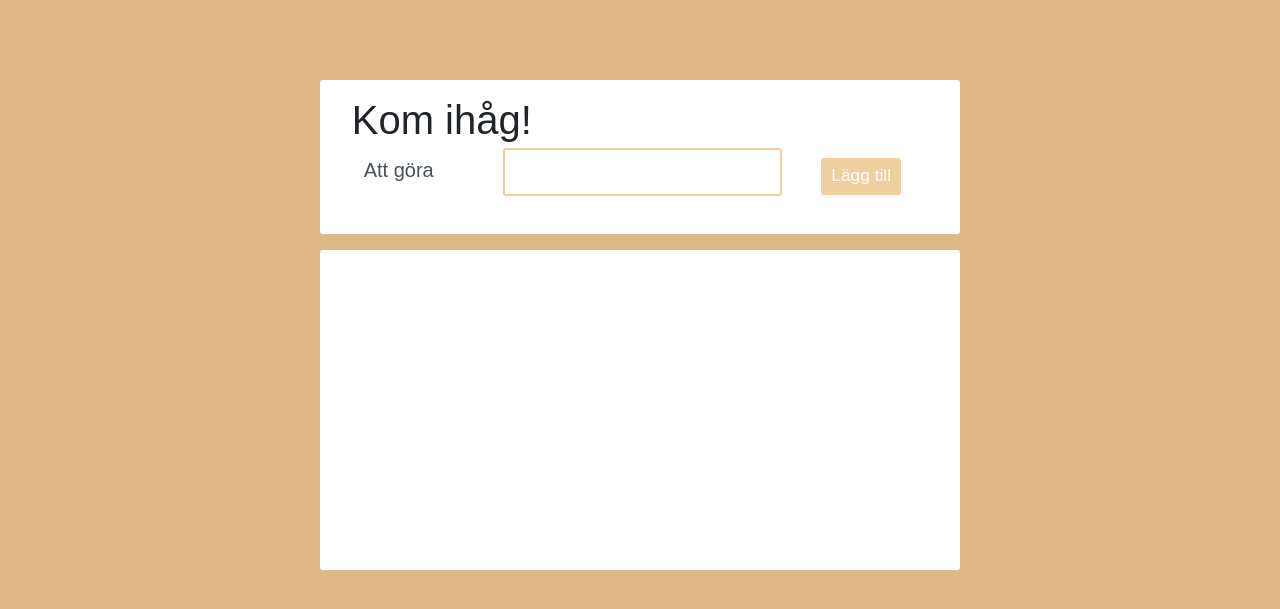
Repository: skepp4rn/todolist
Page: index.html
These files come from the project's save history. The page is drawn as it stood at one moment and after the next save; the edit follows.
The browser window is 1280 px wide. The pictures show the whole page.
The page's requests for data from a server got no answer. Some web libraries are served in a nearby version.

Above is the page before, as saved 2021-01-29 09:48:33.

After the next save:
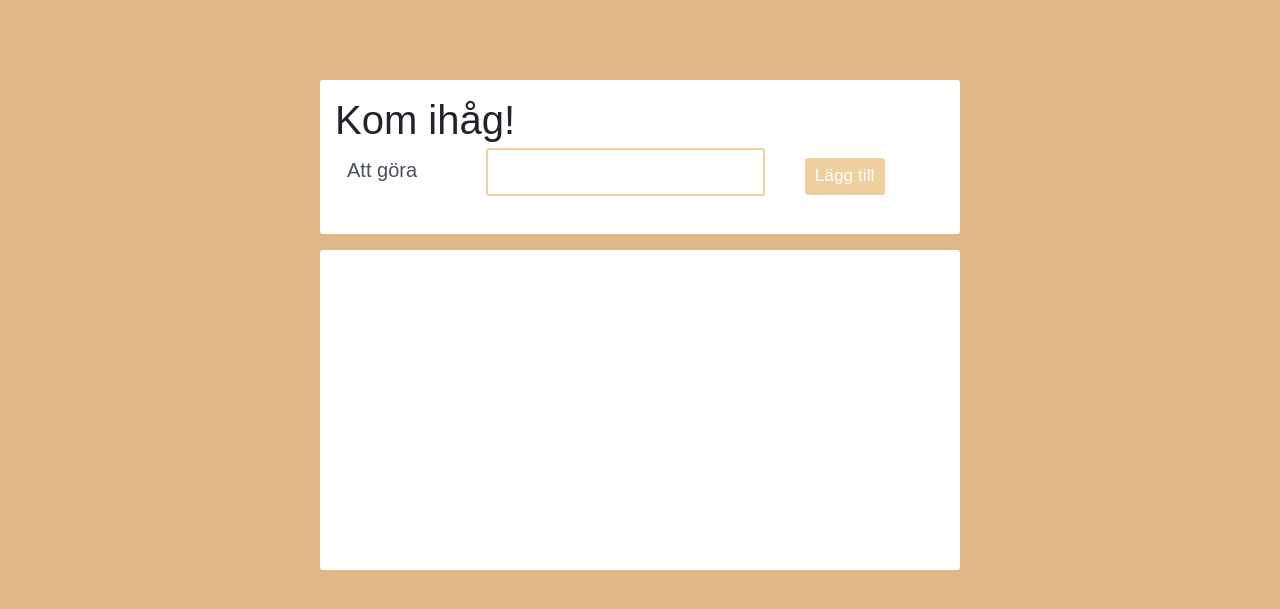
Saved 14 s later.
--- a/css/style.css
+++ b/css/style.css
@@ -14,7 +14,7 @@ body {
 .container {
     width: 50vw;
     display: grid;
-    justify-content: center;
+    justify-content: left;
     background-color: #ffffff;
     border-radius: 3px;
     margin-top: 5rem;
